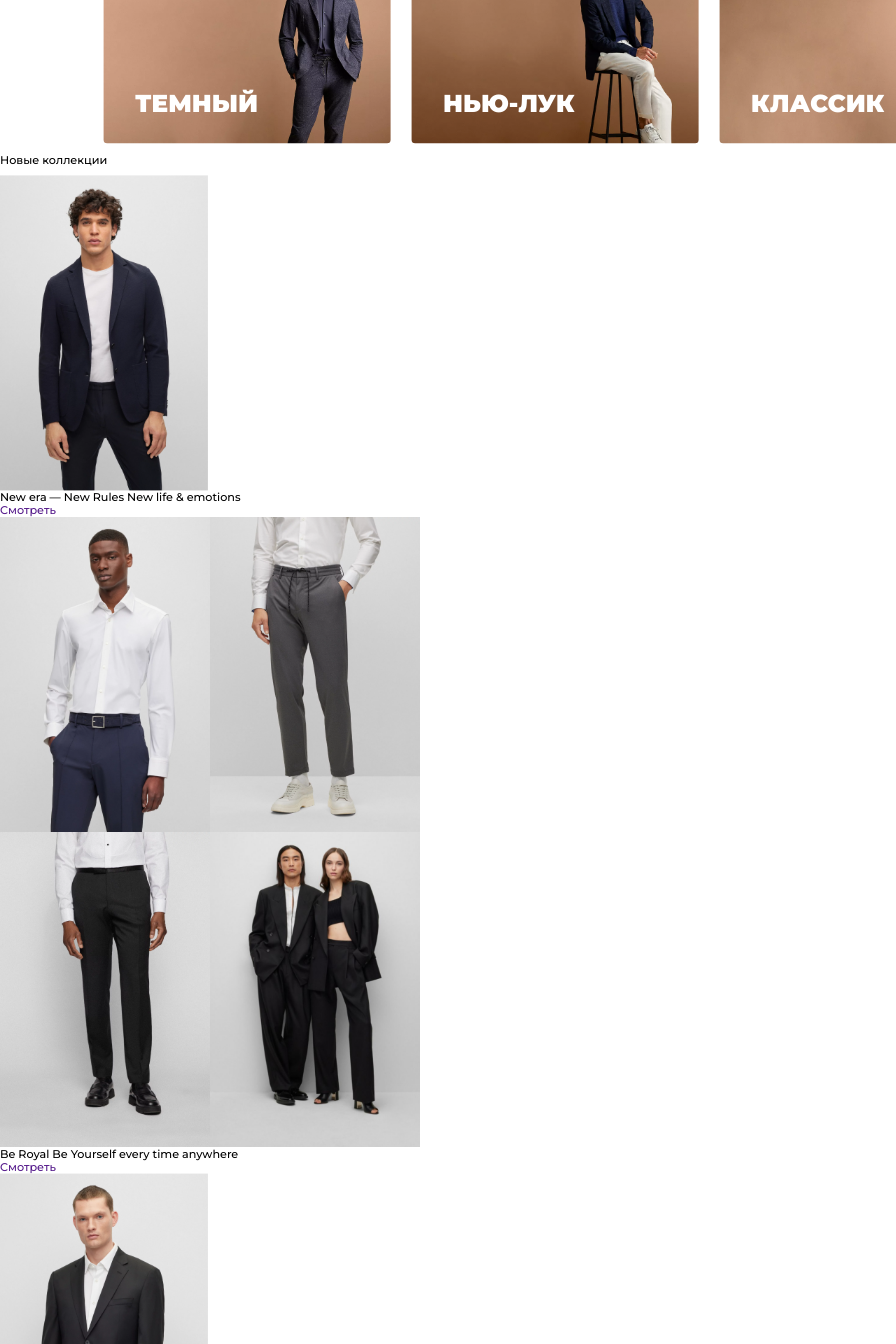
Repository: MaksimKrupkin/SigmaEllegance
Page: /
These files come from the project's save history. The page is drawn as it stood at one moment and after the next save; the edit follows.
The browser window is 1280 px wide. The pictures show the part of the page from y = 2032 to 3952 px (the page is 4158 px tall before and 2339 px after), at 70% of full size.
Some web fonts or font styles are not loaded; a fallback is used. The project was rebuilt for these pictures with package versions that can differ from the ones it lists, and the page was loaded fresh each time. Also part of the build but not shown: src/Components/Collections/Collections.module.css.

Above is the page before, as saved 2023-11-23 22:36:39.

### public/index.html
<!DOCTYPE html>
<html lang="en">
  <head>
    <meta charset="utf-8" />

    <meta name="viewport" content="width=device-width, initial-scale=1" />

    <link rel="preconnect" href="https://fonts.googleapis.com" />
    <link rel="preconnect" href="https://fonts.gstatic.com" crossorigin />
    <link
      href="https://fonts.googleapis.com/css2?family=Roboto:wght@400;500;700&display=swap"
      rel="stylesheet" />
    <link
      href="https://fonts.googleapis.com/css2?family=Montserrat:ital,wght@0,300;0,500;0,600;0,900;1,400;1,500&family=Roboto:wght@400;500;700&display=swap"
      rel="stylesheet" />
    <link rel="preconnect" href="https://fonts.googleapis.com" />
    <link rel="preconnect" href="https://fonts.gstatic.com" crossorigin />
    <link
      href="https://fonts.googleapis.com/css2?family=Montserrat:wght@300&family=Roboto:wght@400;500;700&display=swap"
      rel="stylesheet" />
    <link href="https://fonts.cdnfonts.com/css/montserrat" rel="stylesheet" />
    <title>SigmaEllegance</title>
  </head>
  <body>
    <div id="root"></div>
  </body>
</html>

### src/App.js
import Header from './Components/Header/Header';
import HomePage from './Pages/HomePage';
import styles from './App.module.css';

function App() {
  return (
    <body>
      <div className={styles.container}>
        <Header />
        <HomePage />
      </div>
    </body>
  );
}

export default App;

### src/Components/Header/Header.jsx
import React from 'react';
import styles from './Header.module.css';
import logo from '../../assets/img/logo.svg';
import icon1 from '../../assets/img/Icon1.svg';
import icon2 from '../../assets/img/icon2.svg';
import icon3 from '../../assets/img/icon3.svg';
import icon4 from '../../assets/img/icon4.svg';

function Header() {
  return (
    <header className={styles.header}>
      <div className={styles.left_part}>
        <div className={styles.menu}>
          <img className={styles.icon1} src={icon1} alt="" />
          <p>Меню</p>
        </div>
        <div className={styles.search}>
          <img className={styles.icon2} src={icon2} alt="" />
          <p>Поиск</p>
        </div>
      </div>
      <div className={styles.logo_part}>
        <img className={styles.logo} src={logo} alt="" />
        <p>SigmaEllegance</p>
      </div>
      <div className={styles.right_part}>
        <div className={styles.liked}>
          <p>Желаемое</p>
          <img className={styles.icon3} src={icon3} alt="" />
        </div>
        <div className={styles.purchases}>
          <p>Мой SE</p>
          <img className={styles.icon4} src={icon4} alt="" />
        </div>
      </div>
    </header>
  );
}

export default Header;

### src/Pages/HomePage.jsx
import React from 'react';
import styles from './HomePage.module.css';
import mainScreenImage from '../assets/img/background.png';
import Slider from '../Components/Slider/Slider';
import Styles from '../Components/Styles/Styles';
import Collections from '../Components/Collections/Collections';

function HomePage() {
  return (
    <>
      <div className={styles.mainScreen}>
        <div className={styles.textBlock}>
          <div className={styles.title}>Мужская классика</div>
          <div className={styles.text}>
            Наши фирменные костюмы — это то, чем мы известны. Откройте для себя классические формы и
            оттенки, подходящие для вашего образа жизни.
          </div>
          <button className={styles.mainScreen_button}>Смотреть коллекцию</button>
        </div>
      </div>
      <Slider />
      <Styles />
      <Collections />
    </>
  );
}

export default HomePage;

### src/App.module.css
body {
  font-family: 'Montserrat', sans-serif;
  display: block;
  margin: 0 auto;
  padding: 0;
  width: 100%;
  overflow-x: hidden;
}
.container {
  width: 1600px;
  display: block;
  margin: 0 auto;
  position: relative;
}

*,
*::before,
*::after {
  box-sizing: border-box;
}

/* Links */

a,
a:link,
a:visited {
  text-decoration: none;
}

a:hover {
  text-decoration: none;
}

/* Common */

aside,
nav,
footer,
header,
section,
main {
  display: block;
}

h1,
h2,
h3,
h4,
h5,
h6,
p {
  font-size: inherit;
  font-weight: inherit;
}

ul,
ul li {
  list-style: none;
}

img {
  vertical-align: top;
}

img,
svg {
  max-width: 100%;
  height: auto;
}

address {
  font-style: normal;
}

/* Form */

input,
textarea,
button,
select {
  font-family: inherit;
  font-size: inherit;
  color: inherit;
  background-color: transparent;
}

input::-ms-clear {
  display: none;
}

button,
input[type='submit'] {
  display: inline-block;
  box-shadow: none;
  background-color: transparent;
  background: none;
  cursor: pointer;
}

input:focus,
input:active,
button:focus,
button:active {
  outline: none;
}

button::-moz-focus-inner {
  padding: 0;
  border: 0;
}

label {
  cursor: pointer;
}

legend {
  display: block;
}

### src/Components/Header/Header.module.css
.header {
  font-family: 'Montserrat', sans-serif;
  margin: 0 auto;
  width: 100%;
  height: 10vh;
  display: flex;
  justify-content: space-around;
  align-items: center;
}

.left_part {
  display: flex;
  justify-content: space-between;
  align-items: center;
  gap: 25px;
  color: #000;
  margin-bottom: -2px;

  font-family: Montserrat;
  font-size: 17px;
  font-style: normal;
  font-weight: 400;
  line-height: normal;
}
.menu {
  display: flex;
  justify-content: space-between;
  align-items: center;
  gap: 8px;
}
.icon1 {
  width: 22px;
  height: 22px;
  margin-bottom: 1px;
}
.search {
  display: flex;
  justify-content: space-between;
  align-items: center;
  gap: 8px;
}
.icon2 {
  width: 18px;
  height: 18px;
  margin-bottom: 3px;
}

.logo_part {
  margin-bottom: 3px;
  display: flex;
  justify-content: space-between;
  align-items: center;

  color: #000;

  font-family: Montserrat;
  font-size: 25px;
  font-style: normal;
  font-weight: 400;
  line-height: normal;
}

.logo {
  width: 67.375px;
  height: 69.103px;
  flex-shrink: 0;
  margin-right: -10px;
}
.right_part {
  margin-bottom: -2px;
  display: flex;
  justify-content: space-between;
  align-items: center;
  gap: 23px;
  font-family: Montserrat;
  font-size: 17px;
  font-style: normal;
  font-weight: 400;
  line-height: normal;
}

.liked {
  display: flex;
  justify-content: space-between;
  align-items: center;
  gap: 8px;
}
.icon3 {
  width: 22px;
  height: 22px;
  margin-bottom: 3px;
}

.purchases {
  display: flex;
  justify-content: space-between;
  align-items: center;
  gap: 8px;
}

.icon4 {
  width: 19px;
  height: 19px;
  margin-bottom: 3px;
}

### src/Pages/HomePage.module.css
.mainScreen {
  width: 1900px;
  height: 773px;
  position: relative;
  background-image: url(../assets/img/background.png);
  background-repeat: no-repeat;
  position: relative;
}
.mainScreen__image {
  width: 100%;
  height: 90vh;
}
.textBlock {
  position: absolute;
  top: 200px;
  left: 130px;
}
.title {
  color: #fff;
  font-family: Montserrat;
  font-size: 53px;
  font-style: normal;
  font-weight: 900;
  line-height: normal;
  text-transform: uppercase;
}

.text {
  margin-top: 50px;
  width: 550px;
  color: #fff;
  font-family: Montserrat;
  font-size: 25px;
  font-style: normal;
  font-weight: 400;
  line-height: 135%; /* 33.75px */
}
.mainScreen_button {
  display: flex;
  justify-content: center;
  align-items: center;
  margin-top: 60px;
  font-size: 20px;
  height: 40px;
  padding-left: 10px;
  padding-right: 10px;
  color: white;
  border: 3px solid white;
  border-radius: 5px;
  transition: all 0.1s ease-in;
}
.mainScreen_button:hover {
  scale: 1.02;
}

### src/Components/Slider/Slider.jsx
import React from 'react';
import styles from './Slider.module.css';
import leftArrow from '../../assets/img/Left Arrow.svg';
import rightArrow from '../../assets/img/Right Arrow.svg';
import SliderCard from '../SliderCard/SliderCard';

export default function Slider() {
  return (
    <div className={styles.slider_wrapper}>
      <img className={styles.leftArrow} src={leftArrow} alt="" />

      <div className={styles.slider}>
        <SliderCard />
        <SliderCard />
        <SliderCard />
        <SliderCard />
      </div>
      <img className={styles.rightArrow} src={rightArrow} alt="" />
    </div>
  );
}

### src/Components/Styles/Styles.jsx
import React from 'react';
import styles from './Styles.module.css';

export default function Styles() {
  return (
    <section className={styles.styles_section}>
      <h2 className={styles.title}>Выбери свой стиль</h2>
      <div className={styles.styles_wrapper}>
        <div className={styles.topLine}>
          <a>
            <div className={styles.style1}>
              <span className={styles.subtitle}>Элит</span>
            </div>
          </a>
          <a>
            <div className={styles.style2}>
              <span className={styles.subtitle}>Перфоманс</span>
            </div>
          </a>
        </div>
        <div className={styles.bottomLine}>
          <a>
            <div className={styles.style3}>
              <span className={styles.subtitle}>Темный</span>
            </div>
          </a>
          <a>
            <div className={styles.style4}>
              <span className={styles.subtitle}>Нью-лук</span>
            </div>
          </a>
          <a>
            <div className={styles.style5}>
              <span className={styles.subtitle}>Классик</span>
            </div>
          </a>
        </div>
      </div>
    </section>
  );
}

### src/Components/Collections/Collections.jsx
import React from 'react';
import styles from './Collections.module.css';

export default function Collections() {
  return (
    <section className={styles.collections_section}>
      <h2 className={styles.title}>Новые коллекции</h2>
      <div class="upper-collections">
        <div class="button-collection1">
          <div class="image-wrapper1">
            <img class="collection-1-wrapper" src="/img/collection1.png" alt="" />
          </div>
          <div class="collection1-title">New era — New Rules New life & emotions</div>
          <div class="link-wrapper1">
            <a class="collection1-link" href="">
              Cмотреть
            </a>
          </div>
        </div>

        <img class="image-collection2" src="img/collection2.png" alt="" />

        <img class="image-collection3" src="img/collection3.png" alt="" />

        <div class="down-collection">
          <img class="image-collection4" src="img/collection4.png" alt="" />

          <img class="image-collection5" src="img/collection5.png" alt="" />

          <div class="button-collection6">
            <div class="collection6-title">Be Royal Be Yourself every time anywhere</div>
            <div class="link-wrapper6">
              <a class="collection1-link" href="">
                Cмотреть
              </a>
            </div>
            <div class="image-wrapper6">
              <img class="collection-6-wrapper" src="/img/collection6.png" alt="" />
            </div>
          </div>
        </div>
      </div>
    </section>
  );
}

### src/Components/Slider/Slider.module.css
.slider_wrapper {
  width: 1586px;
  height: 540px;
  background-color: #eff1f3;
  display: flex;
  flex-wrap: nowrap;
  justify-content: space-between;
  align-items: center;
  gap: 20px;
  overflow: hidden;
  padding-left: 65px;
  padding-right: 65px;
}
.leftArrow {
  display: block;
  width: 35px;
  height: 35px;
}
.slider {
  width: 1290px;
  display: flex;
  justify-content: space-between;
  align-items: center;
  gap: 30px;
}
.rightArrow {
  display: block;
  width: 35px;
  height: 35px;
}

### src/Components/SliderCard/SliderCard.jsx
import React from 'react';
import styles from './SliderCard.module.css';
import cardImage from '../../assets/img/card1.png';

export default function SliderCard() {
  return (
    <div className={styles.card}>
      <p className={styles.card_title}>Смокинги</p>
      <img className={styles.card_image} src={cardImage} alt="" />
    </div>
  );
}

### src/Components/Styles/Styles.module.css
.styles_section {
  width: 1586px;
  background-color: white;
  display: flex;
  flex-direction: column;
  align-items: center;
}
.title {
  color: #000;
  font-family: Montserrat;
  font-size: 37px;
  font-style: normal;
  font-weight: 700;
  line-height: normal;
  text-transform: uppercase;
}
.styles_wrapper {
  width: 1290px;
  display: flex;
  flex-direction: column;
  justify-content: space-between;
  gap: 30px;
}
.topLine {
  display: flex;
  justify-content: space-between;
  align-items: center;
  gap: 30px;
}

.bottomLine {
  display: flex;
  justify-content: space-between;
  align-items: center;
  gap: 30px;
}
.style1 {
  width: 740px;
  height: 420px;
  background-image: url(../../assets/img/style-1.png);
  color: #fff;
  border-radius: 5px;
  position: relative;
}
.style2 {
  width: 520px;
  height: 420px;
  background-image: url(../../assets/img/style-2.png);
  color: #fff;
  border-radius: 5px;
  position: relative;
}
.style3 {
  width: 410px;
  height: 295px;
  background-image: url(../../assets/img/style-3.png);
  color: #fff;
  border-radius: 5px;
  position: relative;
}
.style4 {
  width: 410px;
  height: 295px;
  background-image: url(../../assets/img/style-4.png);
  color: #fff;
  border-radius: 5px;
  position: relative;
}
.style5 {
  width: 410px;
  height: 295px;
  background-image: url(../../assets/img/style-5.png);
  color: #fff;
  border-radius: 5px;
  position: relative;
}
.subtitle {
  font-family: Montserrat;
  font-size: 35px;
  font-style: normal;
  font-weight: 800;
  line-height: normal;
  text-transform: uppercase;
  position: absolute;
  bottom: 35px;
  left: 45px;
}

### src/Components/SliderCard/SliderCard.module.css
.card {
  width: 300px;
  height: 450px;
  background-color: white;
  border-radius: 5px;
  display: flex;
  flex-direction: column;
  align-items: center;
  padding-top: 35px;
  padding-bottom: 65px;
  gap: 25px;
}
.card_title {
  color: #000;
  font-family: Montserrat;
  font-size: 20px;
  font-style: normal;
  font-weight: 700;
  line-height: normal;
  text-transform: uppercase;
}

.card_image {
  width: 190px;
}

Loaded but not shown: src/index.js (common file)

After the next save:
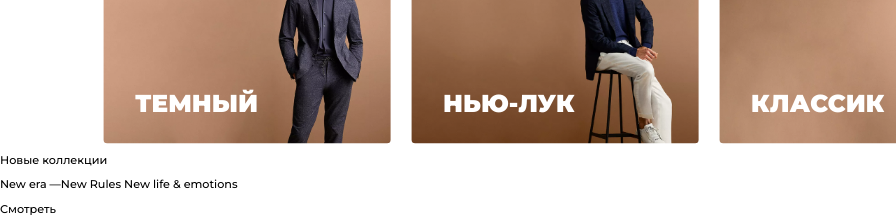
Saved 38 s later.
--- a/src/Components/Collections/Collections.jsx
+++ b/src/Components/Collections/Collections.jsx
@@ -5,40 +5,20 @@ export default function Collections() {
   return (
     <section className={styles.collections_section}>
       <h2 className={styles.title}>Новые коллекции</h2>
-      <div class="upper-collections">
-        <div class="button-collection1">
-          <div class="image-wrapper1">
-            <img class="collection-1-wrapper" src="/img/collection1.png" alt="" />
-          </div>
-          <div class="collection1-title">New era — New Rules New life & emotions</div>
-          <div class="link-wrapper1">
-            <a class="collection1-link" href="">
-              Cмотреть
-            </a>
-          </div>
+      <div className={styles.collections_wrapper}>
+        <div className={styles.collections_top}>
+          <a>
+            <div className={styles.collection1}>
+              <p className={styles.subtitle}>New era —New Rules New life & emotions</p>
+              <a className={styles.button}>Смотреть</a>
+              <div className={styles.rightPart}></div>
+            </div>
+          </a>
+          <a>
+            <div className={styles.collection2}></div>
+          </a>
         </div>
-
-        <img class="image-collection2" src="img/collection2.png" alt="" />
-
-        <img class="image-collection3" src="img/collection3.png" alt="" />
-
-        <div class="down-collection">
-          <img class="image-collection4" src="img/collection4.png" alt="" />
-
-          <img class="image-collection5" src="img/collection5.png" alt="" />
-
-          <div class="button-collection6">
-            <div class="collection6-title">Be Royal Be Yourself every time anywhere</div>
-            <div class="link-wrapper6">
-              <a class="collection1-link" href="">
-                Cмотреть
-              </a>
-            </div>
-            <div class="image-wrapper6">
-              <img class="collection-6-wrapper" src="/img/collection6.png" alt="" />
-            </div>
-          </div>
-        </div>
+        <div className={styles.collections_bottom}></div>
       </div>
     </section>
   );
